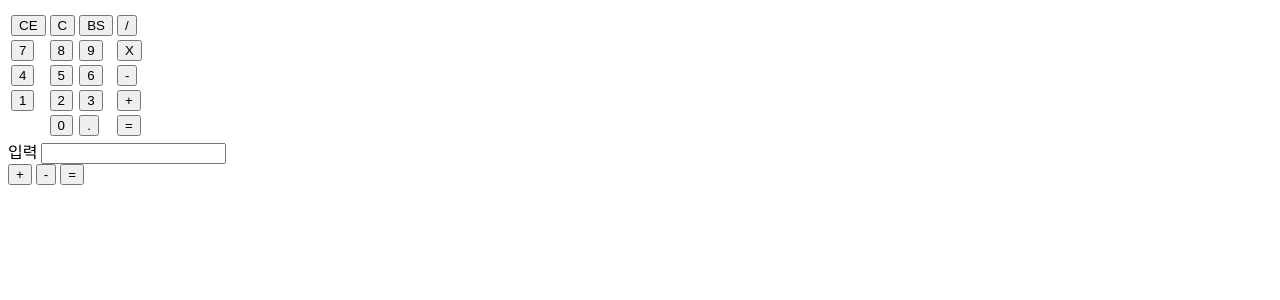
Repository: odreeblue/Study_ServletJSP
Page: jsp/workspace/JSPPrj/src/main/webapp/calc3.html
These files come from the project's save history. The page is drawn as it stood at one moment and after the next save; the edit follows.
The browser window is 1280 px wide. The pictures show the whole page.

Above is the page before, as saved 2023-02-06 11:27:25.

### jsp/workspace/JSPPrj/src/main/webapp/calc3.html
<!DOCTYPE html>
<html>
<head>
<meta charset="UTF-8">
<title>Insert title here</title>
</head>
<body>
	<div>
		<form action="calc3" method="post">
			<table>
				<tr>
					<td colspan="4"></td>
				</tr>
				<tr>
					<td><input type="submit" name="operator" value="CE"/></td>
					<td><input type="submit" name="operator" value="C"/></td>
					<td><input type="submit" name="operator" value="BS"/></td>
					<td><input type="submit" name="operator" value="/"/></td>
				</tr>
				<tr>
					<td><input type="submit" name="operator" value="7"/></td>
					<td><input type="submit" name="operator" value="8"/></td>
					<td><input type="submit" name="operator" value="9"/></td>
					<td><input type="submit" name="operator" value="X"/></td>
				</tr>
				<tr>
					<td><input type="submit" name="operator" value="4"/></td>
					<td><input type="submit" name="operator" value="5"/></td>
					<td><input type="submit" name="operator" value="6"/></td>
					<td><input type="submit" name="operator" value="-"/></td>
				</tr>
				<tr>
					<td><input type="submit" name="operator" value="1"/></td>
					<td><input type="submit" name="operator" value="2"/></td>
					<td><input type="submit" name="operator" value="3"/></td>
					<td><input type="submit" name="operator" value="+"/></td>
				</tr>
				<tr>
					<td></td>
					<td><input type="submit" name="operator" value="0"/></td>
					<td><input type="submit" name="operator" value="."/></td>
					<td><input type="submit" name="operator" value="="/></td>
				</tr>

			</table>
			<div>
				<label>입력</label>
				<input type="text" name="v">

			</div>
			<div>
				<input type="submit" name="operator" value="+">
				<input type="submit" name="operator" value="-">
				<input type="submit" name="operator" value="=">
			</div>

		</form>
	</div>

</body>
</html>

After the next save:
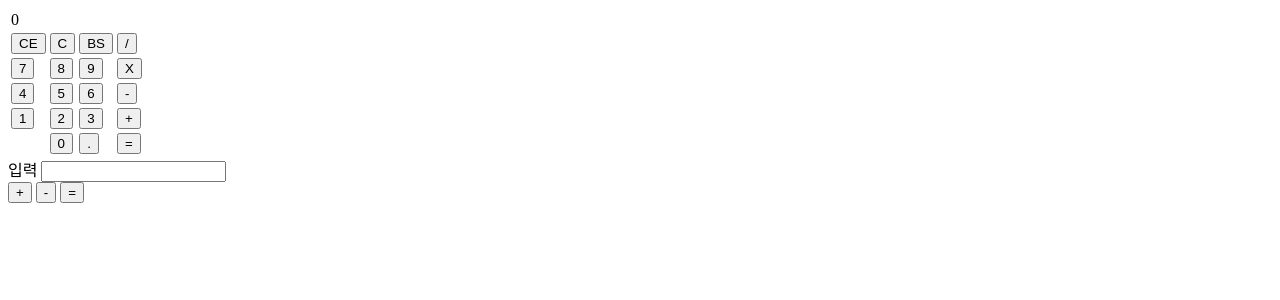
Saved 11 s later.
--- a/jsp/workspace/JSPPrj/src/main/webapp/calc3.html
+++ b/jsp/workspace/JSPPrj/src/main/webapp/calc3.html
@@ -9,7 +9,7 @@
 		<form action="calc3" method="post">
 			<table>
 				<tr>
-					<td colspan="4"></td>
+					<td colspan="4">0</td>
 				</tr>
 				<tr>
 					<td><input type="submit" name="operator" value="CE"/></td>
